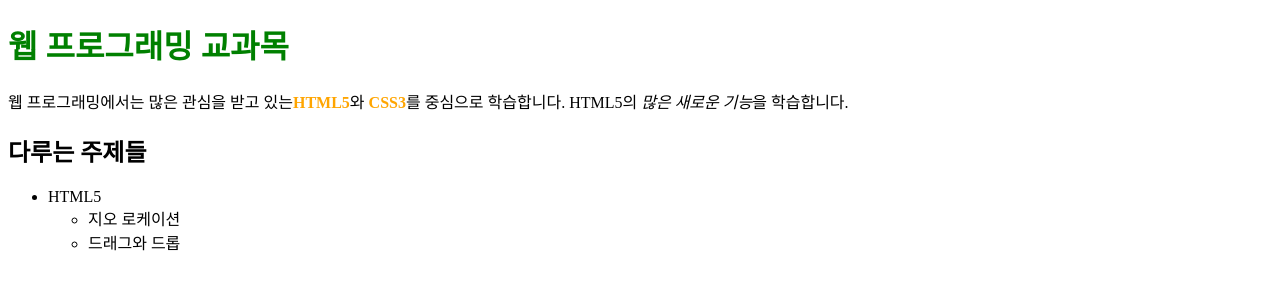
Repository: daehyeonhong/HTML
Page: exercise/WebContent/exercise0519/exercise011.html
An editor plug-in stored every save of this project. The page is shown before and after the next save, followed by the edit.
The browser window is 1280 px wide. The pictures show the whole page.

Above is the page before, as saved 2020-05-19 10:21:13.

### exercise/WebContent/exercise0519/exercise011.html
<!DOCTYPE html>
<html>
<head>
<meta charset="UTF-8">
<title>Insert title here</title>
<style type="text/css">
body h1 {
	color: green;
}

p>strong {
	color: orange;
}
</style>
</head>
<body>
	<h1>웹 프로그래밍 교과목</h1>

	<p>
		웹 프로그래밍에서는 많은 관심을 받고 있는<strong>HTML5</strong>와 <strong>CSS3</strong>를
		중심으로 학습합니다. HTML5의 <em>많은 새로운 기능</em>을 학습합니다.
	</p>

	<h2>다루는 주제들</h2>
	<ul>
		<li>HTML5
			<ul>
				<li>지오 로케이션</li>
				<li>드래그와 드롭</li>
			</ul>
		</li>
	</ul>
</body>
</html>

After the next save:
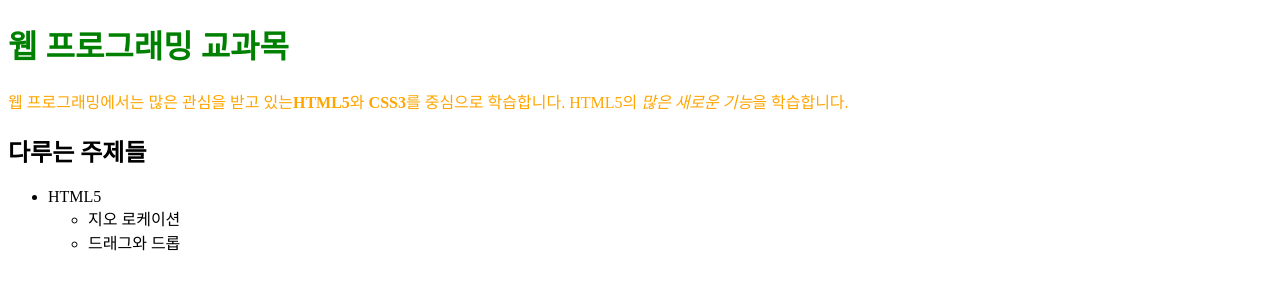
Saved 7 s later.
--- a/exercise/WebContent/exercise0519/exercise011.html
+++ b/exercise/WebContent/exercise0519/exercise011.html
@@ -8,7 +8,7 @@
 	color: green;
 }
 
-p>strong {
+p,strong {
 	color: orange;
 }
 </style>

After the save that followed:
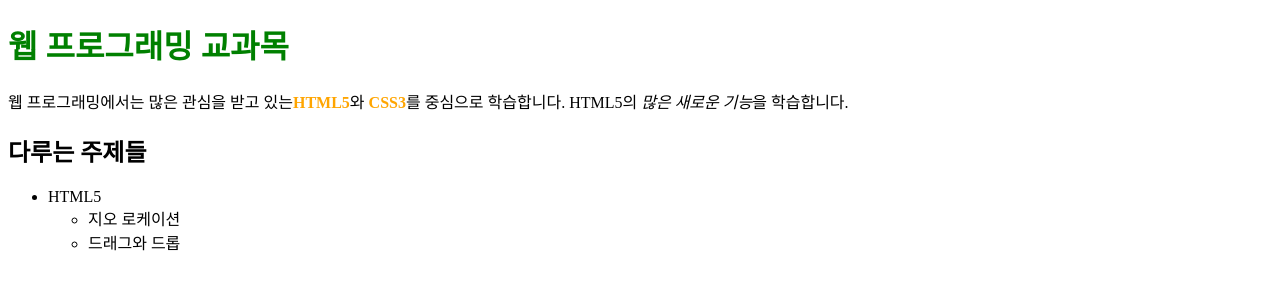
Saved 3 s later.
--- a/exercise/WebContent/exercise0519/exercise011.html
+++ b/exercise/WebContent/exercise0519/exercise011.html
@@ -8,7 +8,7 @@
 	color: green;
 }
 
-p,strong {
+p strong {
 	color: orange;
 }
 </style>
